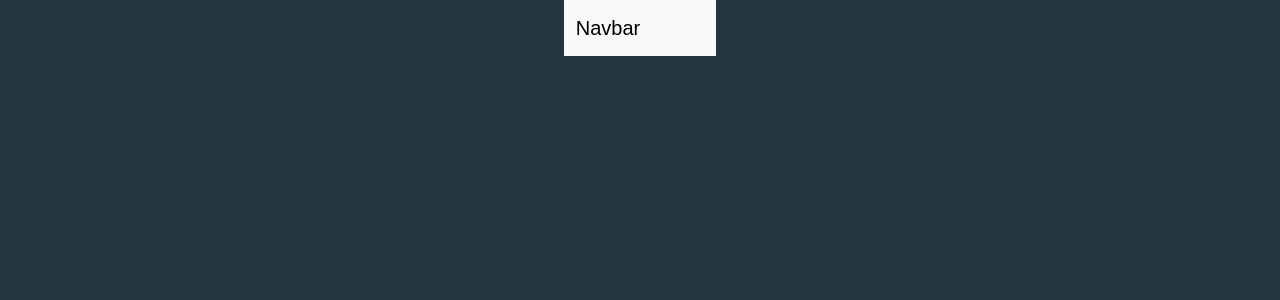
Repository: bodajava/TASK-4
Page: theerdIndex.html
An editor plug-in stored every save of this project. The page is shown before and after the next save, followed by the edit.
The browser window is 1280 px wide. The pictures show the whole page.

Above is the page before, as saved 2025-06-18 05:21:49.

After the next save:
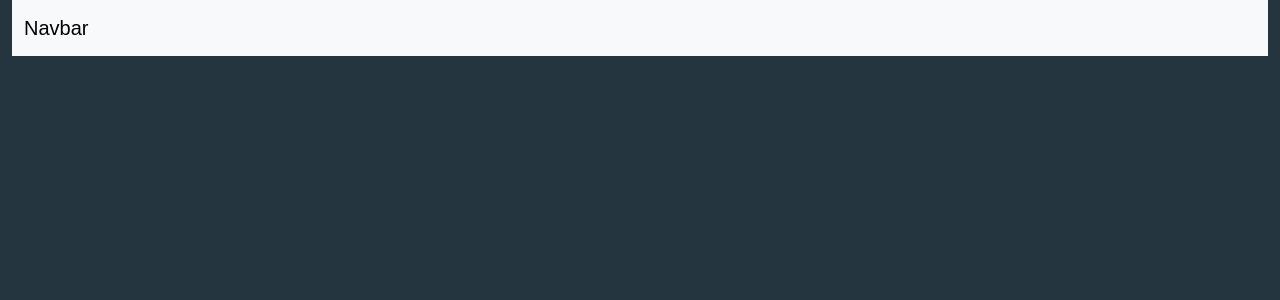
Saved 19 s later.
--- a/theerdIndex.html
+++ b/theerdIndex.html
@@ -9,12 +9,14 @@
     <title>Document</title>
   </head>
   <body>
-    <nav class="navbar navbar-expand-lg bg-body-tertiary">
+    <div class="container-fluid">
+        <nav class="navbar navbar-expand-lg bg-body-tertiary">
       <div class="container-fluid">
         <a class="navbar-brand pe-5" href="#">Navbar</a>
         </div>
       </div>
     </nav>
+    </div>
     <script src="js/bootstrap.bundle.min.js"></script>
     <script src="js/index.js"></script>
   </body>
